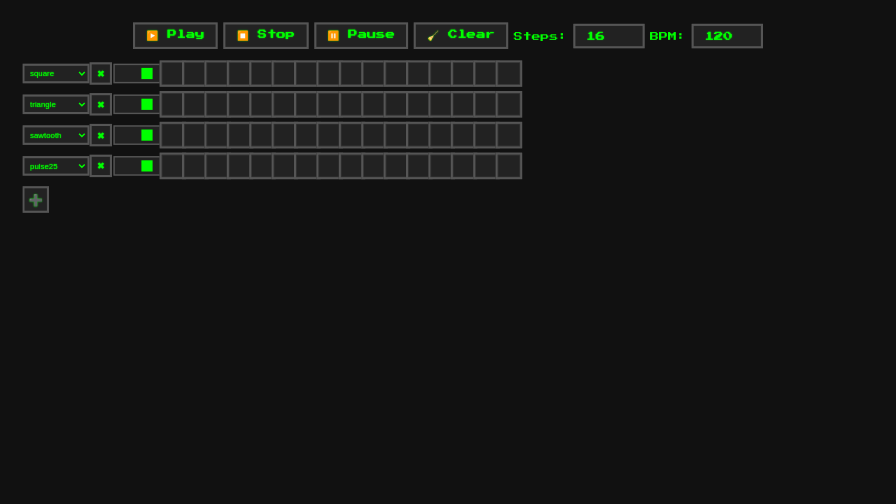
Repository: Aldentec/8-bit-Composer
Page: index.html
An editor plug-in stored every save of this project. The page is shown before and after the next save, followed by the edit.
The browser window is 1280 px wide. The pictures show the part of the page from y = 0 to 1920 px (the page is 720 px tall before and 2992 px after), at 70% of full size.
Some web libraries are served in a nearby version.

Above is the page before, as saved 2025-05-28 17:07:02.

After the next save:
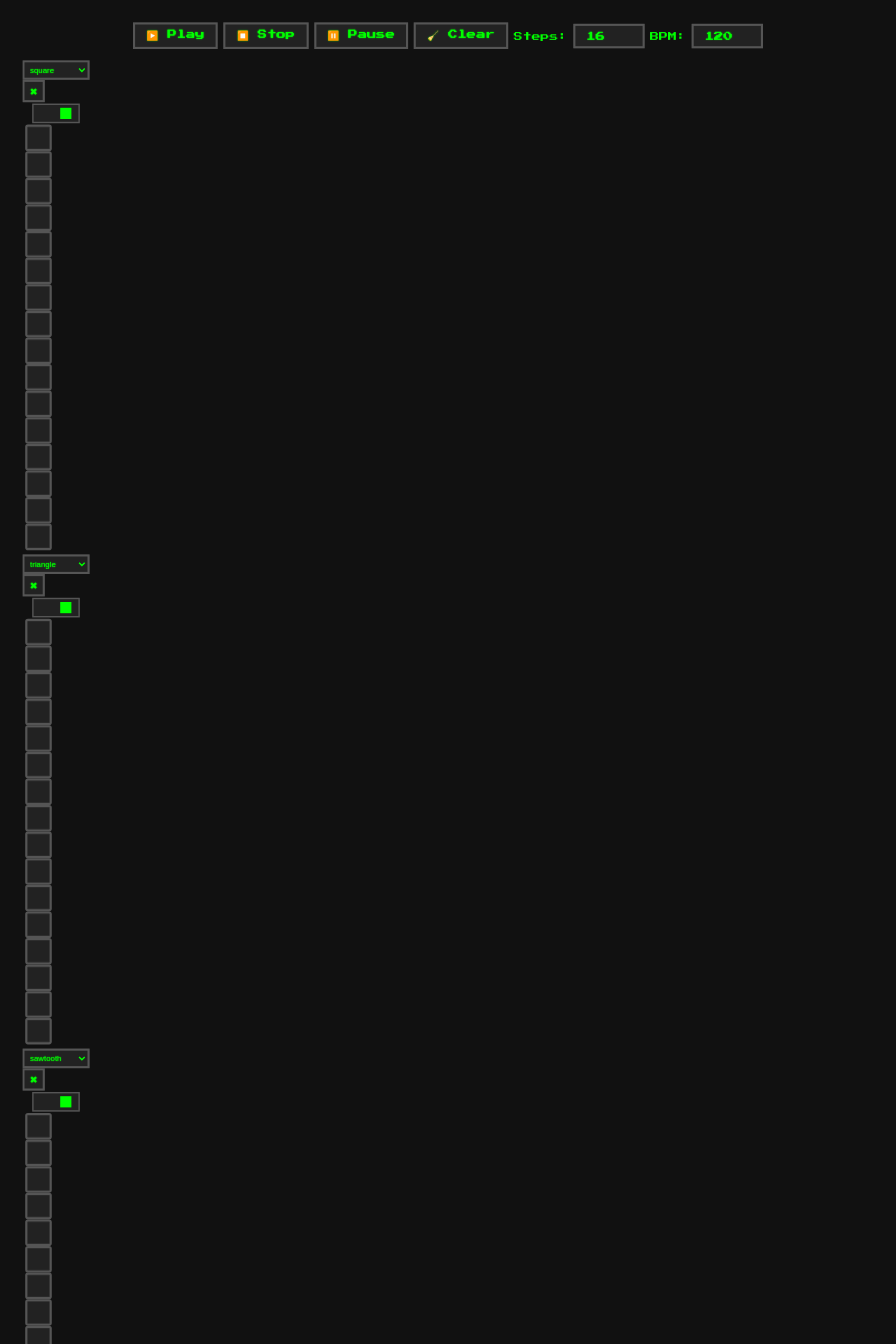
Saved 2 min 4 s later.
--- a/style.css
+++ b/style.css
@@ -66,8 +66,6 @@
 
 /* Each row */
 .grid-row {
-  display: grid;
-  align-items: center;
   column-gap: 0;
 }
 
@@ -124,6 +122,8 @@
   height: 2rem;
   background: #222;
   border: 3px solid #555;
+  border: 3px solid #555;
+  border-radius: 4px;
   box-shadow: inset 0 0 0 1px #333;
   cursor: pointer;
   display: flex;
@@ -153,6 +153,7 @@
 /* Connected visuals */
 .cell.connected-left {
   border-left: none;
+  margin-left: 0;
 }
 .cell.connected-right {
   border-right: none;

After the 2 saves that followed:
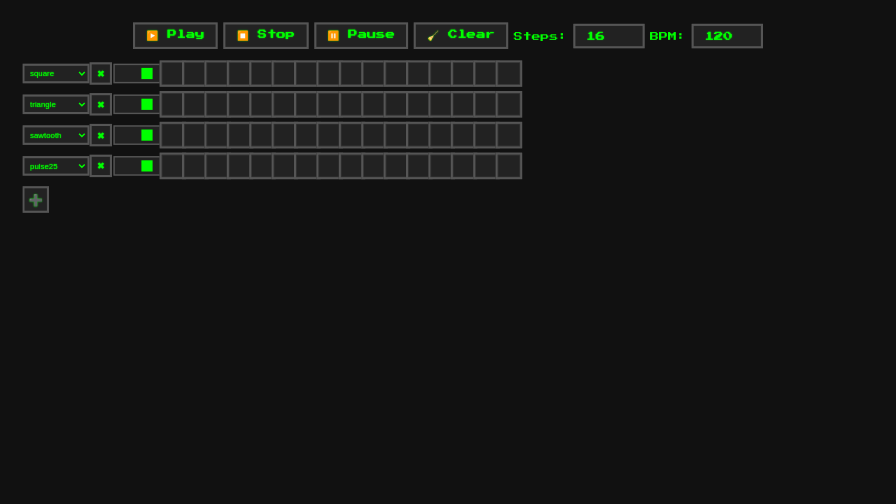
The 2 saves are shown as one change because they came seconds apart.
The last was saved 6 s later.
--- a/style.css
+++ b/style.css
@@ -66,6 +66,8 @@
 
 /* Each row */
 .grid-row {
+  display: grid;
+  align-items: center;
   column-gap: 0;
 }
 
@@ -122,8 +124,6 @@
   height: 2rem;
   background: #222;
   border: 3px solid #555;
-  border: 3px solid #555;
-  border-radius: 4px;
   box-shadow: inset 0 0 0 1px #333;
   cursor: pointer;
   display: flex;
@@ -153,7 +153,6 @@
 /* Connected visuals */
 .cell.connected-left {
   border-left: none;
-  margin-left: 0;
 }
 .cell.connected-right {
   border-right: none;
